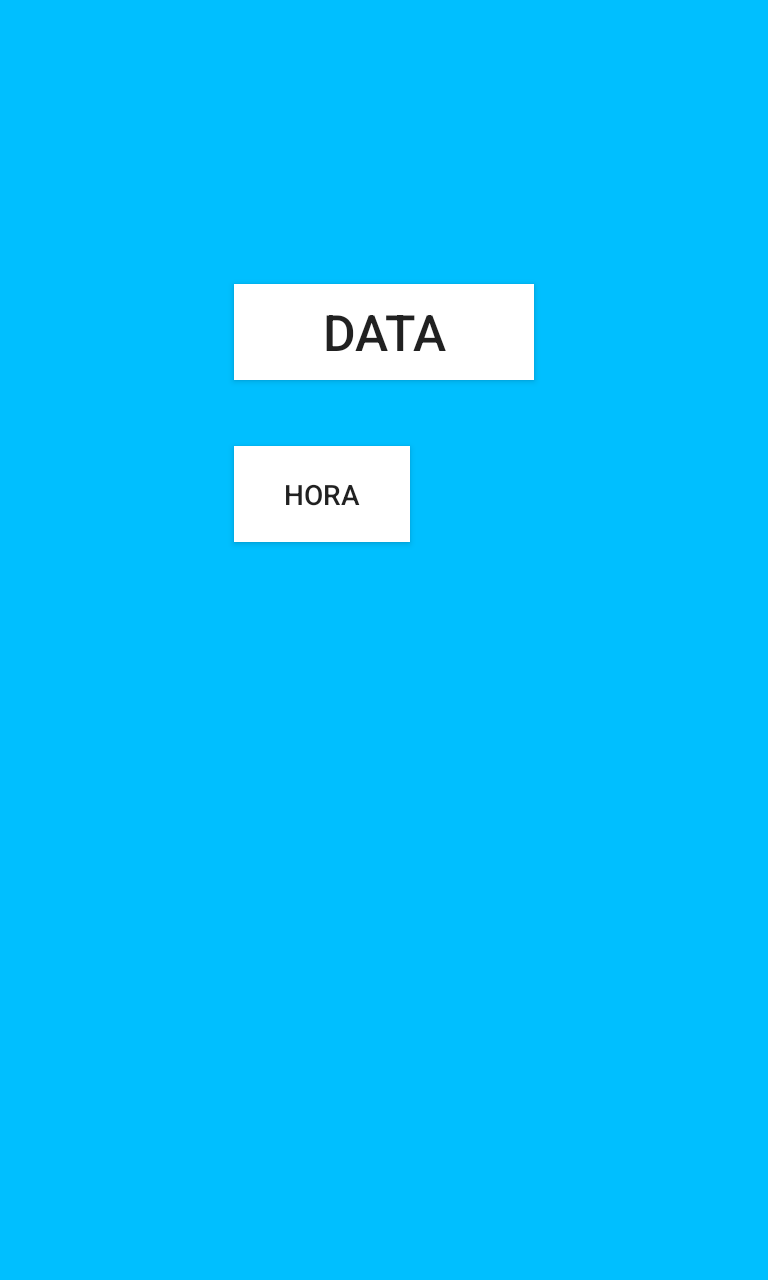
Repository: mayrtondias/alimentador
Layout: Alimentador/res/layout/activity_main.xml
These files come from the project's save history. The layout is drawn as it stood at one moment and after the next save; the edit follows.
It is drawn on a 768 x 1280 px phone screen (xhdpi) without system bars, with theme AppTheme; the app's code is not run.

Above is the layout before, as saved 2014-07-11 11:48:21.

### Alimentador/res/layout/activity_main.xml
<FrameLayout xmlns:android="http://schemas.android.com/apk/res/android"
    xmlns:tools="http://schemas.android.com/tools"
    android:id="@+id/container"
    android:layout_width="match_parent"
    android:layout_height="match_parent"
    android:background="#00BFFF"
    tools:context="com.alimentador.MainActivity"
    tools:ignore="MergeRootFrame" >

    <RelativeLayout
        android:layout_width="match_parent"
    	android:layout_height="match_parent"
   	>

        <Button
            android:id="@+id/buttonHora"
            android:layout_width="wrap_content"
            android:layout_height="wrap_content"
            android:layout_alignLeft="@+id/buttonDate"
            android:layout_below="@+id/buttonDate"
            android:layout_marginTop="33dp"
            android:background="#FFFFFF"
            android:text="@string/hora" />

        <Button
            android:id="@+id/buttonDate"
            android:layout_width="150dp"
            android:layout_height="wrap_content"
            android:layout_alignParentTop="true"
            android:layout_centerHorizontal="true"
            android:layout_marginTop="142dp"
            android:background="#FFFFFF"
            android:textSize="25sp"
            android:text="@string/data" />

    </RelativeLayout>


</FrameLayout>

### Alimentador/res/values/strings.xml
<?xml version="1.0" encoding="utf-8"?>
<resources>

    <string name="app_name">Alimentador</string>
    <string name="hora">Hora</string>
    <string name="data">Data</string>
    <string name="hello_world">Hello world!</string>
    <string name="action_settings">Settings</string>
    <string name="title_activity_inicial">Inicial</string>

</resources>

Loaded but not shown: Alimentador/res/values/styles.xml (common file); Alimentador/res/values-v11/styles.xml (common file); Alimentador/res/values-v14/styles.xml (common file)

After the next save:
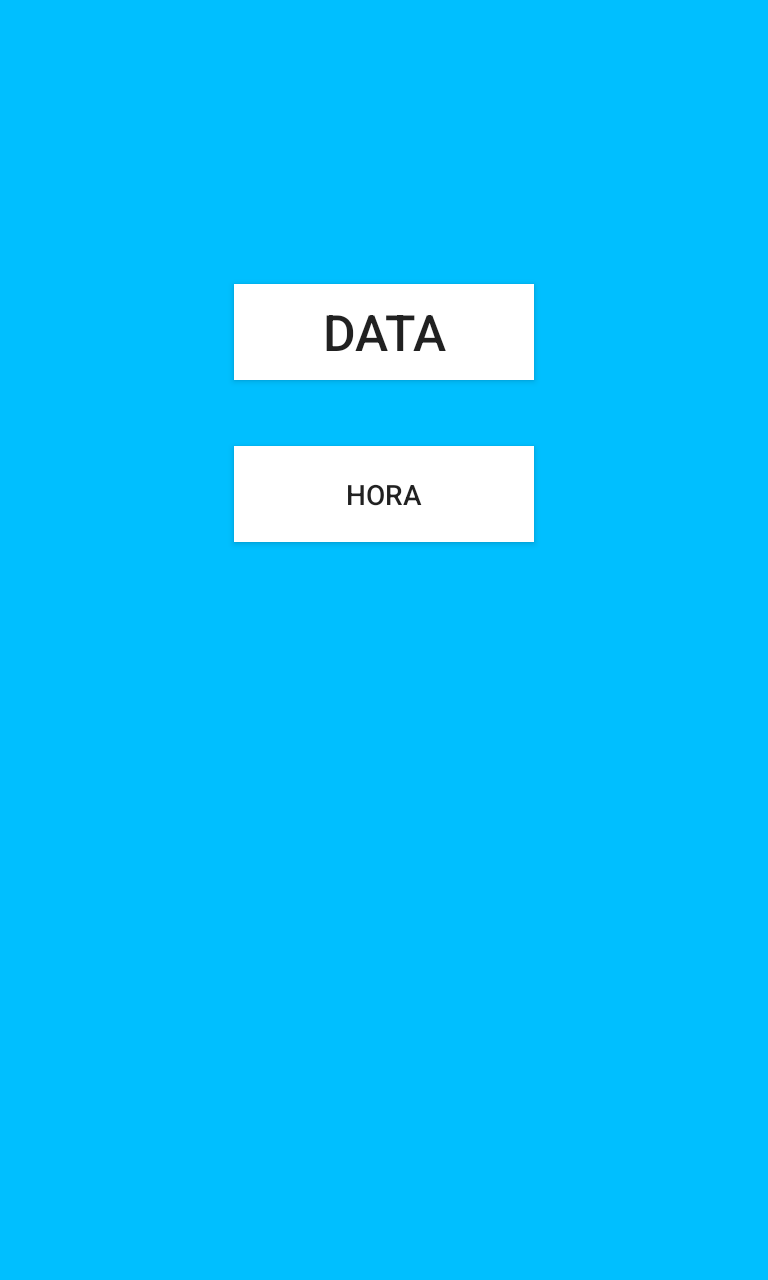
Saved 33 s later.
--- a/Alimentador/res/layout/activity_main.xml
+++ b/Alimentador/res/layout/activity_main.xml
@@ -14,7 +14,7 @@
 
         <Button
             android:id="@+id/buttonHora"
-            android:layout_width="wrap_content"
+            android:layout_width="150dp"
             android:layout_height="wrap_content"
             android:layout_alignLeft="@+id/buttonDate"
             android:layout_below="@+id/buttonDate"
